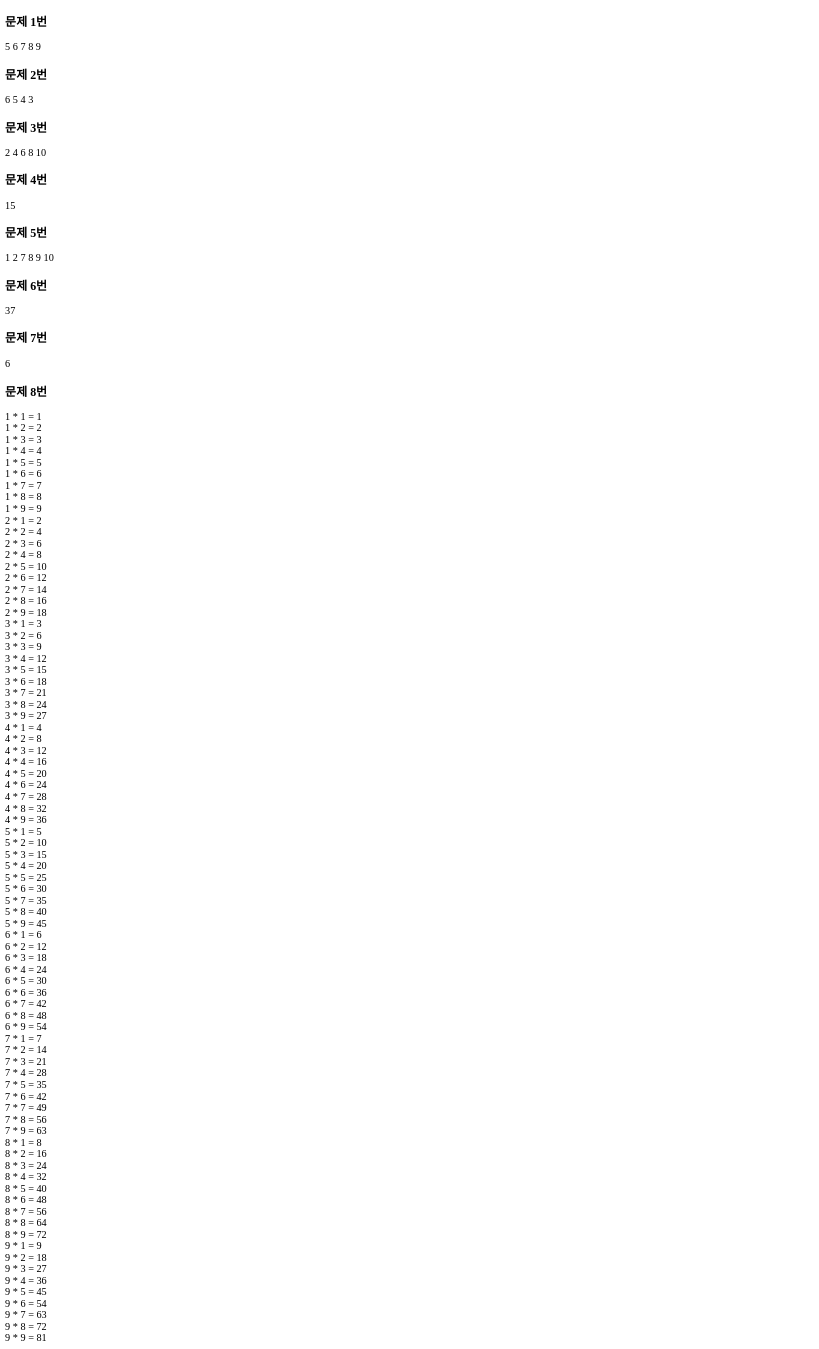
Repository: dadomin/2020JAVA
Page: http://localhost/20201damin/01_BasicJSP/ex04_문제.jsp
The author's editor kept a copy of each file at every save. The page is drawn from the files as they stood at one save, then again after the next save.
The browser window is 1280 px wide. The pictures show the whole page, at 64% of full size.
The page is served by Tomcat 9.

Above is the page before, as saved 2020-06-03 12:35:15.

After the next save:
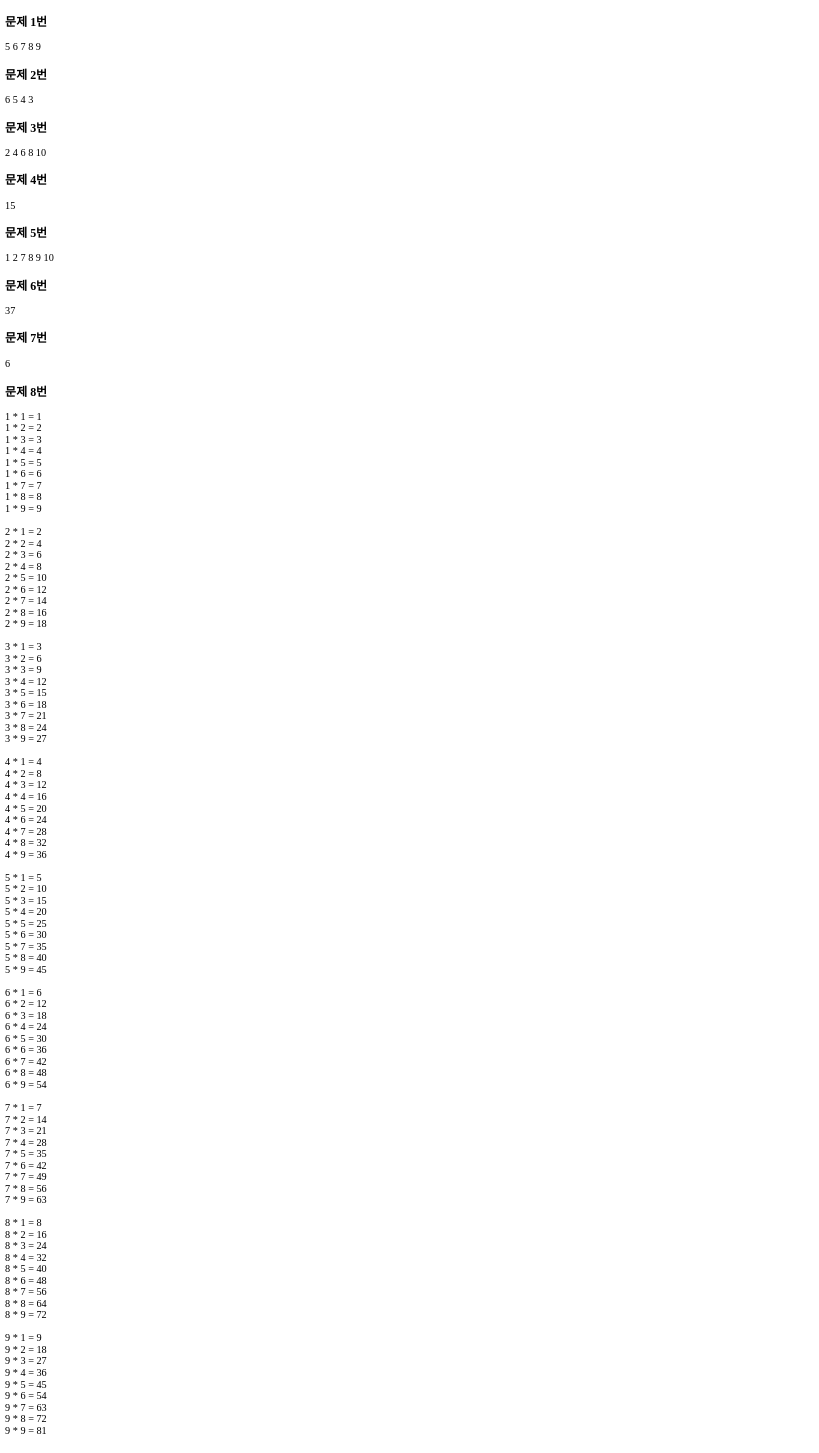
Saved 32 s later.
--- a/first semester/20201damin/WebContent/01_BasicJSP/ex04_문제.jsp
+++ b/first semester/20201damin/WebContent/01_BasicJSP/ex04_문제.jsp
@@ -136,6 +136,9 @@
 		  			<br>
 		  <%
 		  		}
+		  	%>
+		  	<br>
+		  	<%
 		  	}
 		  %>
 	</body>
